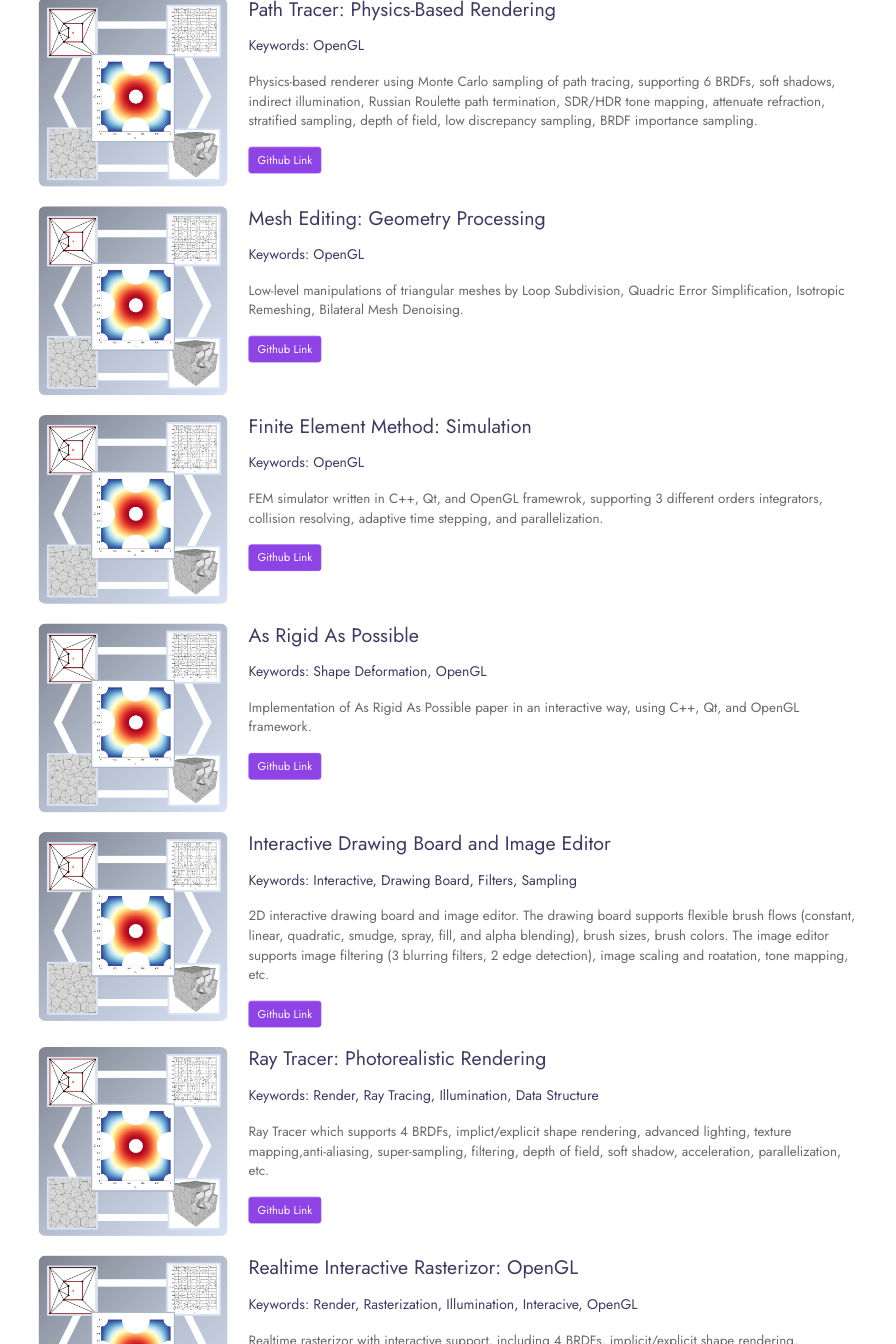
Repository: Junyu-Liu-Nate/junyu-liu-nate.github.io
Page: project.html
The author's editor kept a copy of each file at every save. The page is drawn from the files as they stood at one save, then again after the next save.
The browser window is 1280 px wide. The pictures show the part of the page from y = 744 to 2664 px (the page is 3057 px tall), at 70% of full size.

Above is the page before, as saved 2024-04-10 19:14:07.
Console error: TypeError: Cannot read properties of null (reading 'classList')

### project.html
<!--
Author: Junyu Liu
Author: W3layouts
Author URL: http://w3layouts.com
-->
<!doctype html>
<html lang="en">

<head>
  <!-- Required meta tags -->
  <meta charset="utf-8">
  <meta name="viewport" content="width=device-width, initial-scale=1, shrink-to-fit=no">

  <title>Junyu Liu - Projects</title>

  <!-- google fonts -->
  <link href="//fonts.googleapis.com/css2?family=Jost:wght@300;400;600&display=swap" rel="stylesheet">

  <!-- Template CSS -->
  <link rel="stylesheet" href="assets/css/style-starter.css">
</head>

<body>
<!-- header -->
<header id="site-header" class="fixed-top">
  <div class="container">
      <nav class="navbar navbar-expand-lg stroke">
          <a class="navbar-brand" href="index.html">
              <span class="fa fa-laptop"></span> Junyu Liu
          </a>
          <!-- if logo is image enable this
      <a class="navbar-brand" href="#index.html">
          <img src="image-path" alt="Your logo" title="Your logo" style="height:35px;" />
      </a> -->
          <button class="navbar-toggler  collapsed bg-gradient" type="button" data-toggle="collapse"
              data-target="#navbarTogglerDemo02" aria-controls="navbarTogglerDemo02" aria-expanded="false"
              aria-label="Toggle navigation">
              <span class="navbar-toggler-icon fa icon-expand fa-bars"></span>
              <span class="navbar-toggler-icon fa icon-close fa-times"></span>
              </span>
          </button>

          <div class="collapse navbar-collapse" id="navbarTogglerDemo02">
            <ul class="navbar-nav ml-auto">
                <li class="nav-item active">
                    <a class="nav-link" href="index.html">Home <span class="sr-only">(current)</span></a>
                </li>
                <li class="nav-item @@research_active">
                    <a class="nav-link" href="research.html">Research</a>
                </li>
                <li class="nav-item @@project_active">
                  <a class="nav-link" href="project.html">Project</a>
                </li>
                <li class="nav-item @@service_active">
                  <a class="nav-link" href="service.html">Service</a>
                </li>
                <li class="nav-item @@art_active">
                    <a class="nav-link" href="art.html">Art</a>
                </li>
            </ul>
        </div>
          <!-- toggle switch for light and dark theme -->
          <div class="mobile-position">
              <nav class="navigation">
                  <div class="theme-switch-wrapper">
                      <label class="theme-switch" for="checkbox">
                          <input type="checkbox" id="checkbox">
                          <div class="mode-container">
                              <i class="gg-sun"></i>
                              <i class="gg-moon"></i>
                          </div>
                      </label>
                  </div>
              </nav>
          </div>
          <!-- //toggle switch for light and dark theme -->
      </nav>
  </div>
</header>
<!-- //header -->

<!-- about breadcrumb -->
<section class="w3l-about-breadcrumb text-center">
    <div class="breadcrumb-bg breadcrumb-bg-about py-sm-5 py-4">
        <div class="container py-2">
            <h2 class="title">Code Projects</h2>
            <ul class="breadcrumbs-custom-path mt-2">
                <li><a href="index.html">Home</a></li>
                <li class="active"><span class="fa fa-arrow-right mx-2" aria-hidden="true"></span> Code Projects </li>
            </ul>
            <br>
            <h5>Selection of my implementation of papers/algorithms, tools, course projects, and all other fun implementations.</h5>
        </div>
    </div>
</section>
<!-- //about breadcrumb -->

<!-- about page about section -->
<section class="w3l-aboutblock1" id="about">
    <div class="midd-w3 py-5">
        <div class="container py-lg-5 py-md-3">
              <div class="row">
                <div class="col-lg-3">
                  <div class="position-relative">
                      <img src="assets/images/project/thumnail/port-FEM-vs-VEM.png" alt="" class="radius-image img-fluid">
                  </div>
                </div>
                <div class="col-lg-9 mt-lg-0 mt-5">
                    <!-- <h5 class="title-small mb-2">Hello, I am UI/UX Designer</h5> -->
                    <h3 class="title">Realtime Interactive Particle System and Procedural Terrain Modeling</h3>
                    <br>
                    <h5>Keywords: OpenGL</h5>
                    <br>
                    <p>
                      Realtime simulation for nature, which includes particle systems for snow simulation, procedural generation algorithms for terrain, physics-based dynamic systems for snow-terrain interaction, and a dynamic weather system.
                    </p>
                    <br>
                    <div>
                      <a href="https://github.com/Junyu-Liu-Nate/Realtime-Interactive-Particle-System-Procedural-Modeling-OpenGL" class="btn btn-primary">Github Link</a>
                    </div>
                </div>
            </div>

            <p><br></p>

            <div class="row">
              <div class="col-lg-3">
                <div class="position-relative">
                    <img src="assets/images/project/thumnail/port-FEM-vs-VEM.png" alt="" class="radius-image img-fluid">
                </div>
              </div>
              <div class="col-lg-9 mt-lg-0 mt-5">
                  <!-- <h5 class="title-small mb-2">Hello, I am UI/UX Designer</h5> -->
                  <h3 class="title">Path Tracer: Physics-Based Rendering</h3>
                  <br>
                  <h5>Keywords: OpenGL</h5>
                  <br>
                  <p>
                    Physics-based renderer using Monte Carlo sampling of path tracing, supporting 6 BRDFs, soft shadows, indirect illumination, Russian Roulette path termination, SDR/HDR tone mapping, attenuate refraction, stratified sampling, depth of field, low discrepancy sampling, BRDF importance sampling.
                  </p>
                  <br>
                  <div>
                    <a href="https://github.com/Junyu-Liu-Nate/Path-Tracer-Physics-Based-Rendering" class="btn btn-primary">Github Link</a>
                  </div>
              </div>
            </div>

            <p><br></p>

            <div class="row">
              <div class="col-lg-3">
                <div class="position-relative">
                    <img src="assets/images/project/thumnail/port-FEM-vs-VEM.png" alt="" class="radius-image img-fluid">
                </div>
              </div>
              <div class="col-lg-9 mt-lg-0 mt-5">
                  <!-- <h5 class="title-small mb-2">Hello, I am UI/UX Designer</h5> -->
                  <h3 class="title">Mesh Editing: Geometry Processing</h3>
                  <br>
                  <h5>Keywords: OpenGL</h5>
                  <br>
                  <p>
                    Low-level manipulations of triangular meshes by Loop Subdivision, Quadric Error Simplification, Isotropic Remeshing, Bilateral Mesh Denoising.
                  </p>
                  <br>
                  <div>
                    <a href="https://github.com/Junyu-Liu-Nate/Mesh-Editing-Geometry-Processing" class="btn btn-primary">Github Link</a>
                  </div>
              </div>
            </div>

            <p><br></p>

            <div class="row">
              <div class="col-lg-3">
                <div class="position-relative">
                    <img src="assets/images/project/thumnail/port-FEM-vs-VEM.png" alt="" class="radius-image img-fluid">
                </div>
              </div>
              <div class="col-lg-9 mt-lg-0 mt-5">
                  <!-- <h5 class="title-small mb-2">Hello, I am UI/UX Designer</h5> -->
                  <h3 class="title">Finite Element Method: Simulation</h3>
                  <br>
                  <h5>Keywords: OpenGL</h5>
                  <br>
                  <p>
                    FEM simulator written in C++, Qt, and OpenGL framewrok, supporting 3 different orders integrators, collision resolving, adaptive time stepping, and parallelization.
                  </p>
                  <br>
                  <div>
                    <a href="https://github.com/Junyu-Liu-Nate/Finite-Element-Method-Simulation" class="btn btn-primary">Github Link</a>
                  </div>
              </div>
            </div>

            <p><br></p>

            <div class="row">
              <div class="col-lg-3">
                <div class="position-relative">
                    <img src="assets/images/project/thumnail/port-FEM-vs-VEM.png" alt="" class="radius-image img-fluid">
                </div>
              </div>
              <div class="col-lg-9 mt-lg-0 mt-5">
                  <!-- <h5 class="title-small mb-2">Hello, I am UI/UX Designer</h5> -->
                  <h3 class="title">As Rigid As Possible</h3>
                  <br>
                  <h5>Keywords: Shape Deformation, OpenGL</h5>
                  <br>
                  <p>
                    Implementation of As Rigid As Possible paper in an interactive way, using C++, Qt, and OpenGL framework.
                  </p>
                  <br>
                  <div>
                    <a href="https://github.com/Junyu-Liu-Nate/As-Rigid-As-Possible" class="btn btn-primary">Github Link</a>
                  </div>
              </div>
            </div>

            <p><br></p>

            <div class="row">
              <div class="col-lg-3">
                <div class="position-relative">
                    <img src="assets/images/project/thumnail/port-FEM-vs-VEM.png" alt="" class="radius-image img-fluid">
                </div>
              </div>
              <div class="col-lg-9 mt-lg-0 mt-5">
                  <!-- <h5 class="title-small mb-2">Hello, I am UI/UX Designer</h5> -->
                  <h3 class="title">Interactive Drawing Board and Image Editor</h3>
                  <br>
                  <h5>Keywords: Interactive, Drawing Board, Filters, Sampling</h5>
                  <br>
                  <p>
                    2D interactive drawing board and image editor. The drawing board supports flexible brush flows (constant, linear, quadratic, smudge, spray, fill, and alpha blending), brush sizes, brush colors. The image editor supports image filtering (3 blurring filters, 2 edge detection), image scaling and roatation, tone mapping, etc.
                  </p>
                  <br>
                  <div>
                    <a href="https://github.com/Junyu-Liu-Nate/Interactive-Drawing-Board-and-Image-Editor" class="btn btn-primary">Github Link</a>
                  </div>
              </div>
            </div>

            <p><br></p>

            <div class="row">
              <div class="col-lg-3">
                <div class="position-relative">
                    <img src="assets/images/project/thumnail/port-FEM-vs-VEM.png" alt="" class="radius-image img-fluid">
                </div>
              </div>
              <div class="col-lg-9 mt-lg-0 mt-5">
                  <!-- <h5 class="title-small mb-2">Hello, I am UI/UX Designer</h5> -->
                  <h3 class="title">Ray Tracer: Photorealistic Rendering</h3>
                  <br>
                  <h5>Keywords: Render, Ray Tracing, Illumination, Data Structure</h5>
                  <br>
                  <p>
                    Ray Tracer which supports 4 BRDFs, implict/explicit shape rendering, advanced lighting, texture mapping,anti-aliasing, super-sampling, filtering, depth of field, soft shadow, acceleration, parallelization, etc.
                  </p>
                  <br>
                  <div>
                    <a href="https://github.com/Junyu-Liu-Nate/Ray-Tracer-Photorealistic-Rendering" class="btn btn-primary">Github Link</a>
                  </div>
              </div>
            </div>

            <p><br></p>

            <div class="row">
              <div class="col-lg-3">
                <div class="position-relative">
                    <img src="assets/images/project/thumnail/port-FEM-vs-VEM.png" alt="" class="radius-image img-fluid">
                </div>
              </div>
              <div class="col-lg-9 mt-lg-0 mt-5">
                  <!-- <h5 class="title-small mb-2">Hello, I am UI/UX Designer</h5> -->
                  <h3 class="title">Realtime Interactive Rasterizor: OpenGL</h3>
                  <br>
                  <h5>Keywords: Render, Rasterization, Illumination, Interacive, OpenGL</h5>
                  <br>
                  <p>
                    Realtime rasterizor with interactive support, including 4 BRDFs, implicit/explicit shape rendering, interactive camera movements, FBO, texture mapping, FXAA, adaptive level of detail, etc.
                  </p>
                  <br>
                  <div>
                    <a href="https://github.com/Junyu-Liu-Nate/Realtime-Interactive-Rasterizor-OpenGL" class="btn btn-primary">Github Link</a>
                  </div>
              </div>
            </div>

            <p><br></p>
        </div>

    </div>
    </div>
    </div>
</section>
<!-- //about page about section -->

<!-- about page third section -->
<!-- <section class="w3l-content-6 py-5">
    <div class="content-6-mian py-lg-5 py-md-4">
        <div class="container">
            <div class="content-info-in row">
                <div class="content-gd col-lg-6">
                    <h3 class="title-big mb-4">My Research Journey</h3>
                    <p>
                      I began with several Human-Computer Interaction works, focusing on (semi-)autonomous vehicles, with an exploration in interactive toolkit designs, privacy protection techniques, and multi-modal predictions of statistics.
                      <br><br>

                      I pusue my love of Computer Graphics and dig deeper into Physics-based character animation, Geometry Processing, and Simulation. Now, my main interest is Geometry Processing and Digital Fabrication.
                    </p>
                </div>
                <div class="content-gd col-lg-4 offset-lg-1">
                    <br><br><br>
                    <h5><b>Project Topic Coverage</b></h5><br>
                    <div class="progress-info">
                        <h6 class="progress-tittle">Computer Graphics</h6>
                        <div class="progress">
                            <div class="progress-bar progress-bar-striped" role="progressbar" style="width: 36%"
                                aria-valuenow="36" aria-valuemin="0" aria-valuemax="100">
                            </div>
                        </div>
                    </div>
                    <div class="progress-info">
                        <h6 class="progress-tittle">Machine Learning
                        </h6>
                        <div class="progress">
                            <div class="progress-bar progress-bar-striped" role="progressbar" style="width: 55%"
                                aria-valuenow="55" aria-valuemin="0" aria-valuemax="100">
                            </div>
                        </div>
                    </div>
                    <div class="progress-info">
                        <h6 class="progress-tittle">Human-Computer-Interaction</h6>
                        <div class="progress">
                            <div class="progress-bar progress-bar-striped" role="progressbar" style="width: 64%"
                                aria-valuenow="64" aria-valuemin="0" aria-valuemax="100">
                            </div>
                        </div>
                    </div>
                </div>
            </div>
        </div>
    </div>
</section> -->
<!-- about page third section -->

<!-- Footer -->
<section class="w3l-footer py-sm-5 py-4">
  <div class="container">
    <div class="footer-content">
      <div class="row">
        <div class="col-lg-8 footer-left">
          <p class="m-0">Junyu Liu © Copyright 2023. (Acknowledge: Template originally designed by <a href="https://w3layouts.com">W3layouts</a>)</p>
        </div>
        <div class="col-lg-4 footer-right text-lg-right text-center mt-lg-0 mt-3">
          <ul class="social m-0 p-0">
            <li><a href="#facebook"><span class="fa fa-facebook-official"></span></a></li>
            <li><a href="#linkedin"><span class="fa fa-linkedin-square"></span></a></li>
            <li><a href="#instagram"><span class="fa fa-instagram"></span></a></li>
            <li><a href="#twitter"><span class="fa fa-twitter"></span></a></li>
          </ul>
        </div>
      </div>
    </div>
  </div>

  <!-- move top -->
  <button onclick="topFunction()" id="movetop" title="Go to top">
    <span class="fa fa-angle-up"></span>
  </button>
  <script>
    // When the user scrolls down 20px from the top of the document, show the button
    window.onscroll = function () {
      scrollFunction()
    };

    function scrollFunction() {
      if (document.body.scrollTop > 20 || document.documentElement.scrollTop > 20) {
        document.getElementById("movetop").style.display = "block";
      } else {
        document.getElementById("movetop").style.display = "none";
      }
    }

    // When the user clicks on the button, scroll to the top of the document
    function topFunction() {
      document.body.scrollTop = 0;
      document.documentElement.scrollTop = 0;
    }
  </script>
  <!-- /move top -->
</section>
<!-- //Footer -->

<!-- all js scripts and files here -->

<script src="assets/js/theme-change.js"></script><!-- theme switch js (light and dark)-->

<script src="assets/js/jquery-3.3.1.min.js"></script><!-- default jQuery -->

<!-- /typig-text-->
<script>
  const typedTextSpan = document.querySelector(".typed-text");
  const cursorSpan = document.querySelector(".cursor");

  const textArray = ["UI/UX Designer", "Freelancer", "Web developer"];
  const typingDelay = 200;
  const erasingDelay = 10;
  const newTextDelay = 100; // Delay between current and next text
  let textArrayIndex = 0;
  let charIndex = 0;

  function type() {
    if (charIndex < textArray[textArrayIndex].length) {
      if (!cursorSpan.classList.contains("typing")) cursorSpan.classList.add("typing");
      typedTextSpan.textContent += textArray[textArrayIndex].charAt(charIndex);
      charIndex++;
      setTimeout(type, typingDelay);
    } else {
      cursorSpan.classList.remove("typing");
      setTimeout(erase, newTextDelay);
    }
  }

  function erase() {
    if (charIndex > 0) {
      // add class 'typing' if there's none
      if (!cursorSpan.classList.contains("typing")) {
        cursorSpan.classList.add("typing");
      }
      typedTextSpan.textContent = textArray[textArrayIndex].substring(0, 0);
      charIndex--;
      setTimeout(erase, erasingDelay);
    } else {
      cursorSpan.classList.remove("typing");
      textArrayIndex++;
      if (textArrayIndex >= textArray.length) textArrayIndex = 0;
      setTimeout(type, typingDelay);
    }
  }

  document.addEventListener("DOMContentLoaded", function () { // On DOM Load initiate the effect
    if (textArray.length) setTimeout(type, newTextDelay + 250);
  });
</script>
<!-- //typig-text-->

<!-- services owlcarousel -->
<script src="assets/js/owl.carousel.js"></script>

<!-- script for services -->
<script>
  $(document).ready(function () {
    $('.owl-two').owlCarousel({
      loop: true,
      margin: 30,
      nav: false,
      responsiveClass: true,
      autoplay: false,
      autoplayTimeout: 5000,
      autoplaySpeed: 1000,
      autoplayHoverPause: false,
      responsive: {
        0: {
          items: 1,
          nav: false
        },
        480: {
          items: 1,
          nav: false
        },
        700: {
          items: 1,
          nav: false
        },
        1090: {
          items: 3,
          nav: false
        }
      }
    })
  })
</script>
<!-- //script for services -->

<!-- script for tesimonials carousel slider -->
<script>
  $(document).ready(function () {
    $("#owl-demo1").owlCarousel({
      loop: true,
      margin: 20,
      nav: false,
      responsiveClass: true,
      responsive: {
        0: {
          items: 1,
          nav: false
        },
        736: {
          items: 1,
          nav: false
        },
        1000: {
          items: 2,
          nav: false,
          loop: false
        }
      }
    })
  })
</script>
<!-- //script for tesimonials carousel slider -->

<!-- video popup -->
<script src="assets/js/jquery.magnific-popup.min.js"></script>
<script>
  $(document).ready(function () {
    $('.popup-with-zoom-anim').magnificPopup({
      type: 'inline',

      fixedContentPos: false,
      fixedBgPos: true,

      overflowY: 'auto',

      closeBtnInside: true,
      preloader: false,

      midClick: true,
      removalDelay: 300,
      mainClass: 'my-mfp-zoom-in'
    });

    $('.popup-with-move-anim').magnificPopup({
      type: 'inline',

      fixedContentPos: false,
      fixedBgPos: true,

      overflowY: 'auto',

      closeBtnInside: true,
      preloader: false,

      midClick: true,
      removalDelay: 300,
      mainClass: 'my-mfp-slide-bottom'
    });
  });
</script>
<!-- //video popup -->

<!-- stats number counter-->
<script src="assets/js/jquery.waypoints.min.js"></script>
<script src="assets/js/jquery.countup.js"></script>
<script>
  $('.counter').countUp();
</script>
<!-- //stats number counter -->

<!-- disable body scroll which navbar is in active -->
<script>
  $(function () {
    $('.navbar-toggler').click(function () {
      $('body').toggleClass('noscroll');
    })
  });
</script>
<!-- disable body scroll which navbar is in active -->

<!--/MENU-JS-->
<script>
  $(window).on("scroll", function () {
    var scroll = $(window).scrollTop();

    if (scroll >= 80) {
      $("#site-header").addClass("nav-fixed");
    } else {
      $("#site-header").removeClass("nav-fixed");
    }
  });

  //Main navigation Active Class Add Remove
  $(".navbar-toggler").on("click", function () {
    $("header").toggleClass("active");
  });
  $(document).on("ready", function () {
    if ($(window).width() > 991) {
      $("header").removeClass("active");
    }
    $(window).on("resize", function () {
      if ($(window).width() > 991) {
        $("header").removeClass("active");
      }
    });
  });
</script>
<!--//MENU-JS-->

<!-- bootstrap js -->
<script src="assets/js/bootstrap.min.js"></script>

</body>

</html>

Loaded but not shown: assets/css/style-starter.css (library); assets/js/theme-change.js (common file); assets/js/jquery-3.3.1.min.js (library); assets/js/owl.carousel.js (library); assets/js/jquery.magnific-popup.min.js (library); assets/js/jquery.waypoints.min.js (library); assets/js/jquery.countup.js (common file); assets/js/bootstrap.min.js (library)

After the next save:
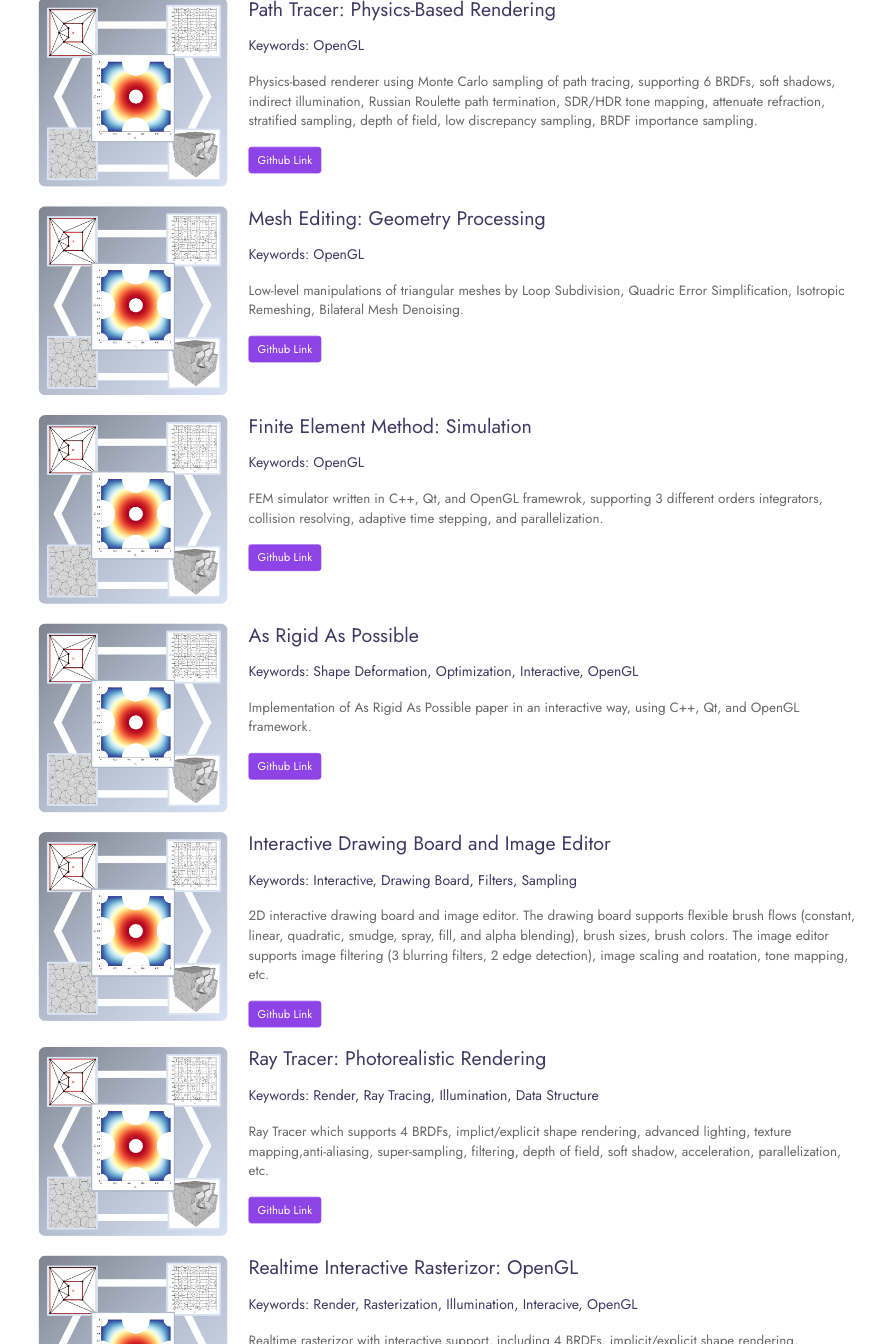
Saved 7 s later.
--- a/project.html
+++ b/project.html
@@ -205,7 +205,7 @@ Author URL: http://w3layouts.com
                   <!-- <h5 class="title-small mb-2">Hello, I am UI/UX Designer</h5> -->
                   <h3 class="title">As Rigid As Possible</h3>
                   <br>
-                  <h5>Keywords: Shape Deformation, OpenGL</h5>
+                  <h5>Keywords: Shape Deformation, Optimization, Interactive, OpenGL</h5>
                   <br>
                   <p>
                     Implementation of As Rigid As Possible paper in an interactive way, using C++, Qt, and OpenGL framework.
